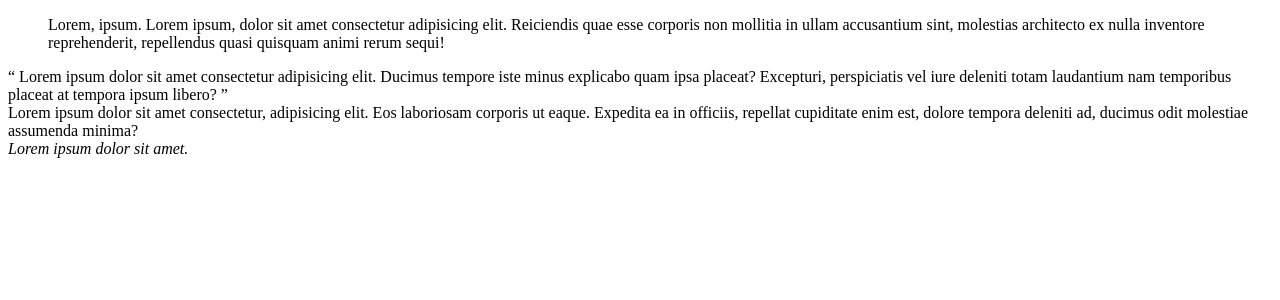
Repository: arunyerram/Web-TEChnologies
Page: p.html
These files come from the project's save history. The page is drawn as it stood at one moment and after a run of saves; the edit follows.
The browser window is 1280 px wide. The pictures show the whole page.

Above is the page before, as saved 2025-02-20 21:33:52.

### p.html
<!DOCTYPE html>
<html lang="en">
<head>
    <meta charset="UTF-8">
    <meta name="viewport" content="width=device-width, initial-scale=1.0">
    <title>Document</title>
</head>
<body>
    <!-- the <blockquote>,<q>, <abbr>, <address>, <cite>,  <bdo> -->
        <blockquote>
            Lorem, ipsum.
            Lorem ipsum, dolor sit amet consectetur adipisicing elit. Reiciendis quae esse corporis non mollitia in ullam accusantium sint, molestias architecto ex nulla inventore reprehenderit, repellendus quasi quisquam animi rerum sequi!
        </blockquote>
        <q>
            Lorem ipsum dolor sit amet consectetur adipisicing elit. Ducimus tempore iste minus explicabo quam ipsa placeat? Excepturi, perspiciatis vel iure deleniti totam laudantium nam temporibus placeat at tempora ipsum libero?
        </q>
        <br/>
        <abbr>
            Lorem ipsum dolor sit amet consectetur, adipisicing elit. Eos laboriosam corporis ut eaque. Expedita ea in officiis, repellat cupiditate enim est, dolore tempora deleniti ad, ducimus odit molestiae assumenda minima?
        </abbr>

        <address>
            Lorem ipsum dolor sit amet.
        </address>

</body>
</html>

After the next 2 saves:
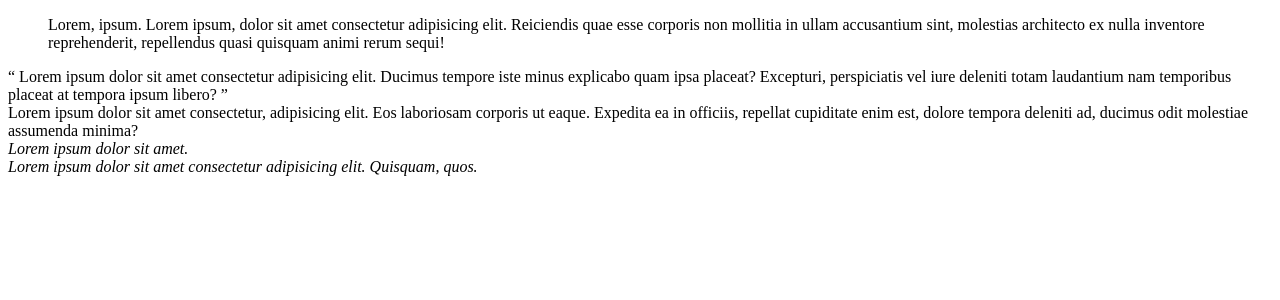
The 2 saves are shown as one change because they came seconds apart.
The last was saved 5 s later.
--- a/p.html
+++ b/p.html
@@ -22,6 +22,8 @@
         <address>
             Lorem ipsum dolor sit amet.
         </address>
-
+        <cite>
+            Lorem ipsum dolor sit amet consectetur adipisicing elit. Quisquam, quos.
+        </cite>
 </body>
 </html>
